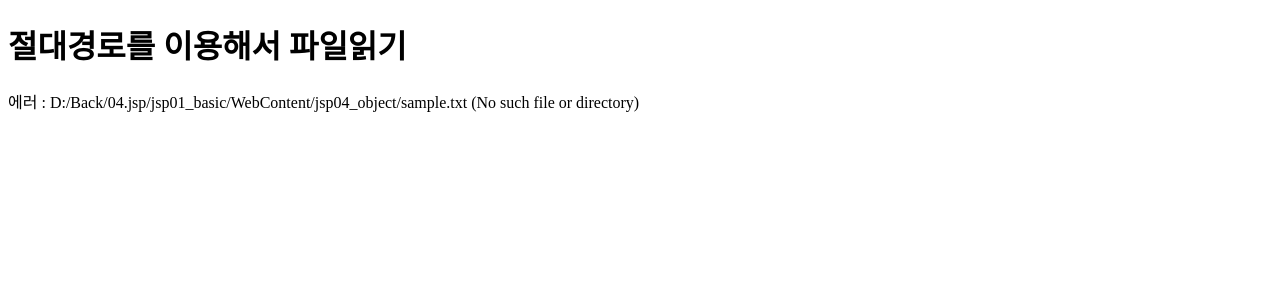
Repository: HongMW/study
Page: http://localhost/jsp01_basic/jsp04_object/jsp04_readfile_01.jsp
The author's editor kept a copy of each file at every save. The page is drawn from the files as they stood at one save, then again after a run of saves.
The browser window is 1280 px wide. The pictures show the whole page.
The page is served by Tomcat 9. Other server files are loaded and not shown.

Above is the page before, as saved 2022-12-12 08:12:53.

### 04.jsp/jsp01_basic/WebContent/jsp04_object/jsp04_readfile_01.jsp
<%@page import="java.io.FileInputStream"%>
<%@page import="java.io.InputStreamReader"%>
<%@page language="java" contentType="text/html; charset=UTF-8" pageEncoding="UTF-8"%>

<!DOCTYPE html>
<html>
<head>
<meta charset="UTF-8">
<title>Insert title here</title>
</head>
<body>
	<h1>절대경로를 이용해서 파일읽기</h1>
	<%
		String path = "D:/Back/04.jsp/jsp01_basic/WebContent/jsp04_object/sample.txt";

		//java.io, java.nio
		char[] cbuf = new char[128];
		int len = -1;

		try(InputStreamReader isr = new InputStreamReader(new FileInputStream(path), "utf-8")){
			while((len=isr.read(cbuf)) != -1){
				out.println(new String(cbuf, 0, len));
			}
		}catch(Exception e){
			out.println("에러 : " + e.getLocalizedMessage());
		}
	%>
</body>
</html>

After the next 2 saves:
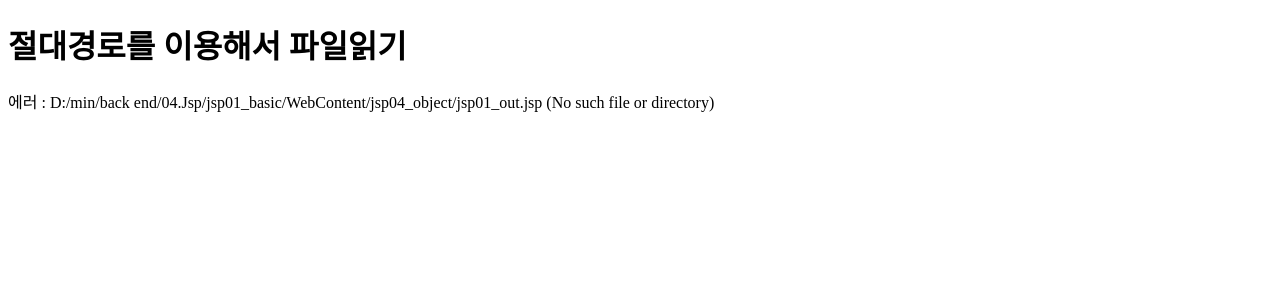
The 2 saves are shown as one change because 1 did not build or start.
The last was saved 16 h 23 min later.
--- a/04.jsp/jsp01_basic/WebContent/jsp04_object/jsp04_readfile_01.jsp
+++ b/04.jsp/jsp01_basic/WebContent/jsp04_object/jsp04_readfile_01.jsp
@@ -11,7 +11,7 @@
 <body>
 	<h1>절대경로를 이용해서 파일읽기</h1>
 	<%
-		String path = "D:/Back/04.jsp/jsp01_basic/WebContent/jsp04_object/sample.txt";
+		String path = "D:/min/back end/04.Jsp/jsp01_basic/WebContent/jsp04_object/jsp01_out.jsp";
 
 		//java.io, java.nio
 		char[] cbuf = new char[128];
